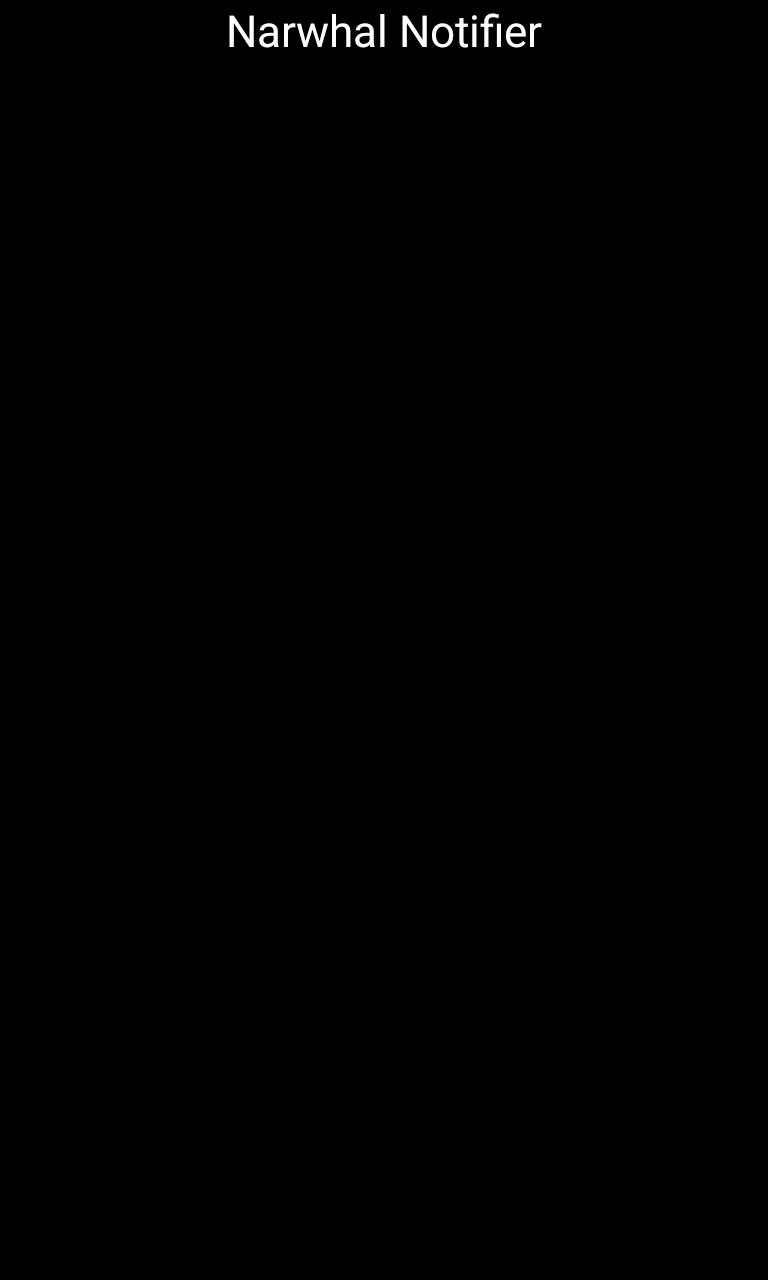
Repository: shawnbuso/NarwhalNotifier
Layout: Narwhal Notifier/res/layout/main.xml
The author's editor kept a copy of each file at every save. The layout is drawn from the files as they stood at one save, then again after the next save.
It is drawn on a 768 x 1280 px phone screen (xhdpi) without system bars, with theme android:Theme; the app's code is not run.

Above is the layout before, as saved 2012-01-11 17:23:15.

After the next save:
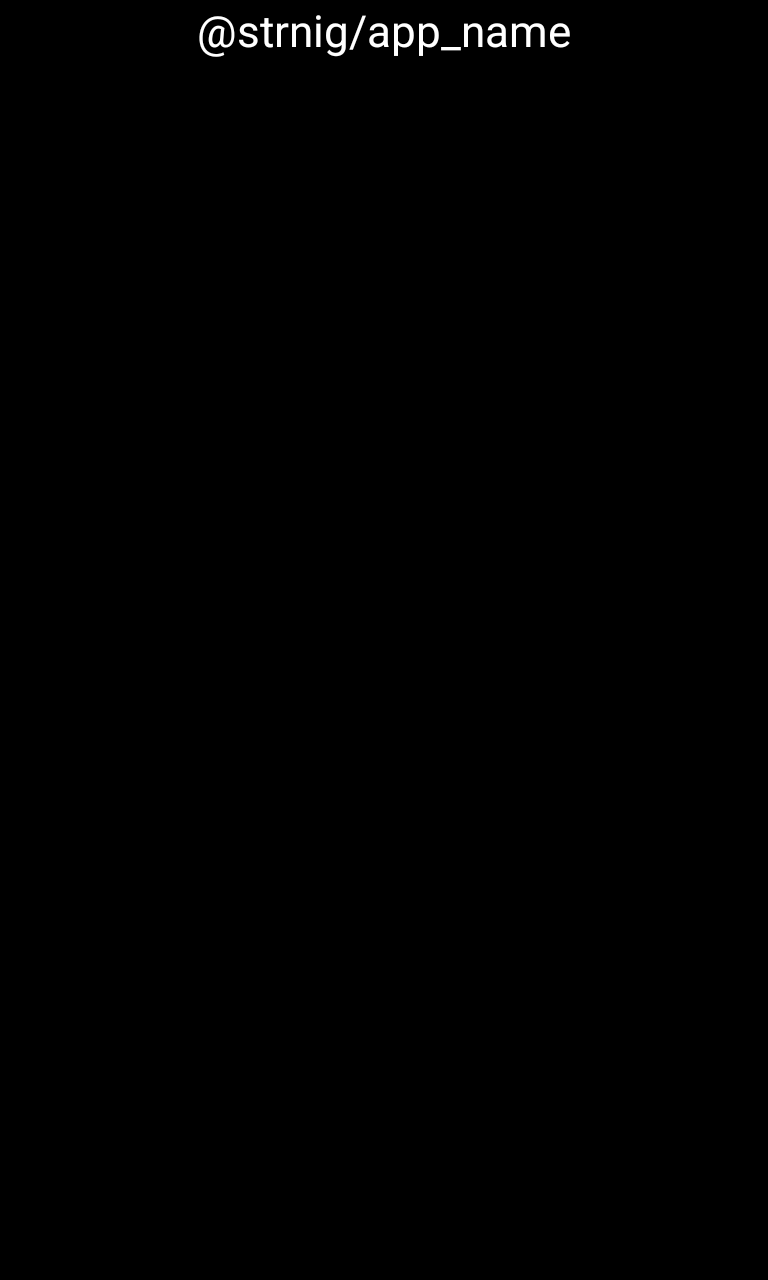
Saved 24 s later.
--- a/Narwhal Notifier/res/layout/main.xml
+++ b/Narwhal Notifier/res/layout/main.xml
@@ -8,7 +8,7 @@
         android:id="@+id/title"
         android:layout_width="fill_parent"
         android:layout_height="wrap_content"
-        android:text="Narwhal Notifier"
+        android:text="@strnig/app_name"
         android:gravity="center_horizontal"
         android:textAppearance="?android:attr/textAppearanceLarge" />
 

After the save that followed:
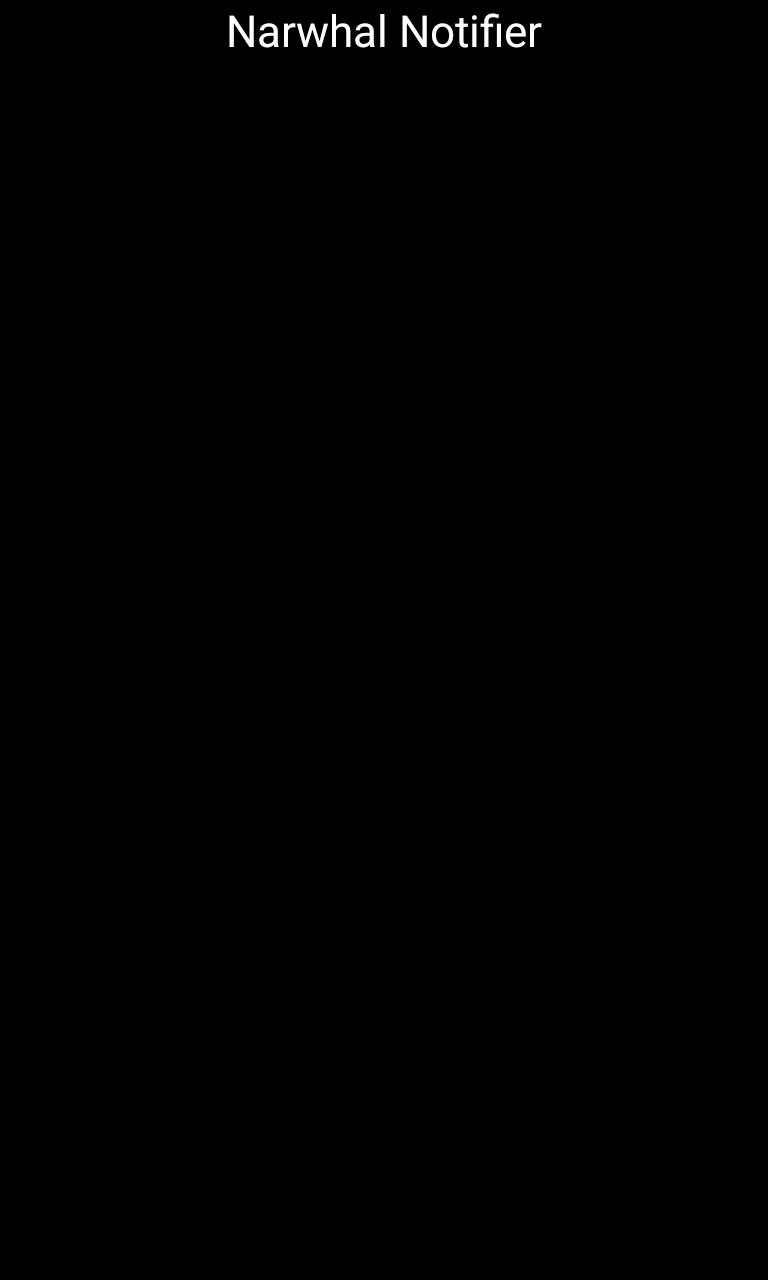
Saved 6 s later.
--- a/Narwhal Notifier/res/layout/main.xml
+++ b/Narwhal Notifier/res/layout/main.xml
@@ -8,7 +8,7 @@
         android:id="@+id/title"
         android:layout_width="fill_parent"
         android:layout_height="wrap_content"
-        android:text="@strnig/app_name"
+        android:text="@string/app_name"
         android:gravity="center_horizontal"
         android:textAppearance="?android:attr/textAppearanceLarge" />
 
